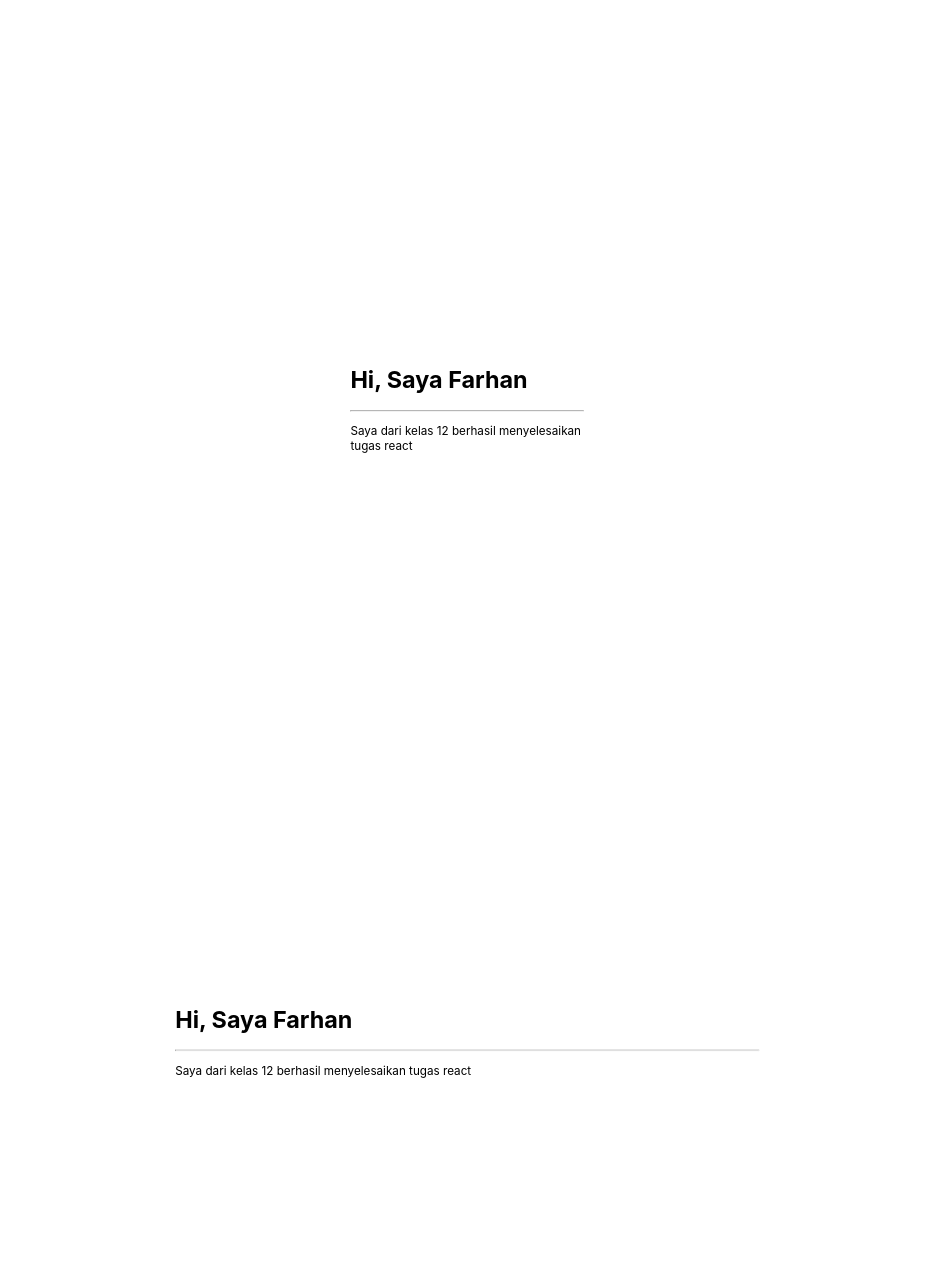
Repository: mfarhannr/Tugas-Reactjs_Farhan
Page: /
These files come from the project's save history. The page is drawn as it stood at one moment and after a run of saves; the edit follows.
The browser window is 1280 px wide. The pictures show the whole page, at 73% of full size.
The project was rebuilt for these pictures with package versions that can differ from the ones it lists, and the page was loaded fresh each time.

Above is the page before, as saved 2024-05-03 15:24:43.

### src/App.js
import './App.css';
import Tugas6 from "./tugas6/tugas6";
// import Welcome from "./WelcomeComponent";
import Tugas7 from './tugas7/tugas7';

function App() {
  return (
    <div className="App">
      <div className="App">
        <Tugas6 />
      </div>
      <div className="App"></div>
      <Tugas7 />
    </div>
  );
}

export default App;

### src/App.css
.App {
  padding: 15rem;
}

.Card6 {
  border: 1px solid #ccc;
  border-radius: 10px;
  padding: 2em;
  margin: 5em auto;
  width: 50%;
}

.Card7 {
  border: 1px solid #ccc;
  border-radius: 10px;
  padding: 2em;
  margin: 5em auto;
  width: 50%;
}

.App-logo {
  height: 40vmin;
  pointer-events: none;
}

@media (prefers-reduced-motion: no-preference) {
  .App-logo {
    animation: App-logo-spin infinite 20s linear;
  }
}

.App-header {
  background-color: #282c34;
  min-height: 100vh;
  display: flex;
  flex-direction: column;
  align-items: center;
  justify-content: center;
  font-size: calc(10px + 2vmin);
  color: white;
}

.App-link {
  color: #61dafb;
}

@keyframes App-logo-spin {
  from {
    transform: rotate(0deg);
  }
  to {
    transform: rotate(360deg);
  }
}

### src/tugas6/tugas6.js
import React from "react";

function Tugas6() {
    return (
      <div className="Card1">
        <h1>Hi, Saya Farhan</h1>
        <hr></hr>
        <p>Saya dari kelas 12 berhasil menyelesaikan tugas react</p>
      </div>
    );
}

export default Tugas6;

### src/tugas7/tugas7.js
import React from "react";

function Tugas7() {
  return (
    <div className="Card1">
      <h1>Hi, Saya Farhan</h1>
      <hr></hr>
      <p>Saya dari kelas 12 berhasil menyelesaikan tugas react</p>
    </div>
  );
}

export default Tugas7;

Loaded but not shown: public/index.html (common file); src/index.js (common file); src/index.css (common file); src/reportWebVitals.js (common file)

After the next 2 saves:
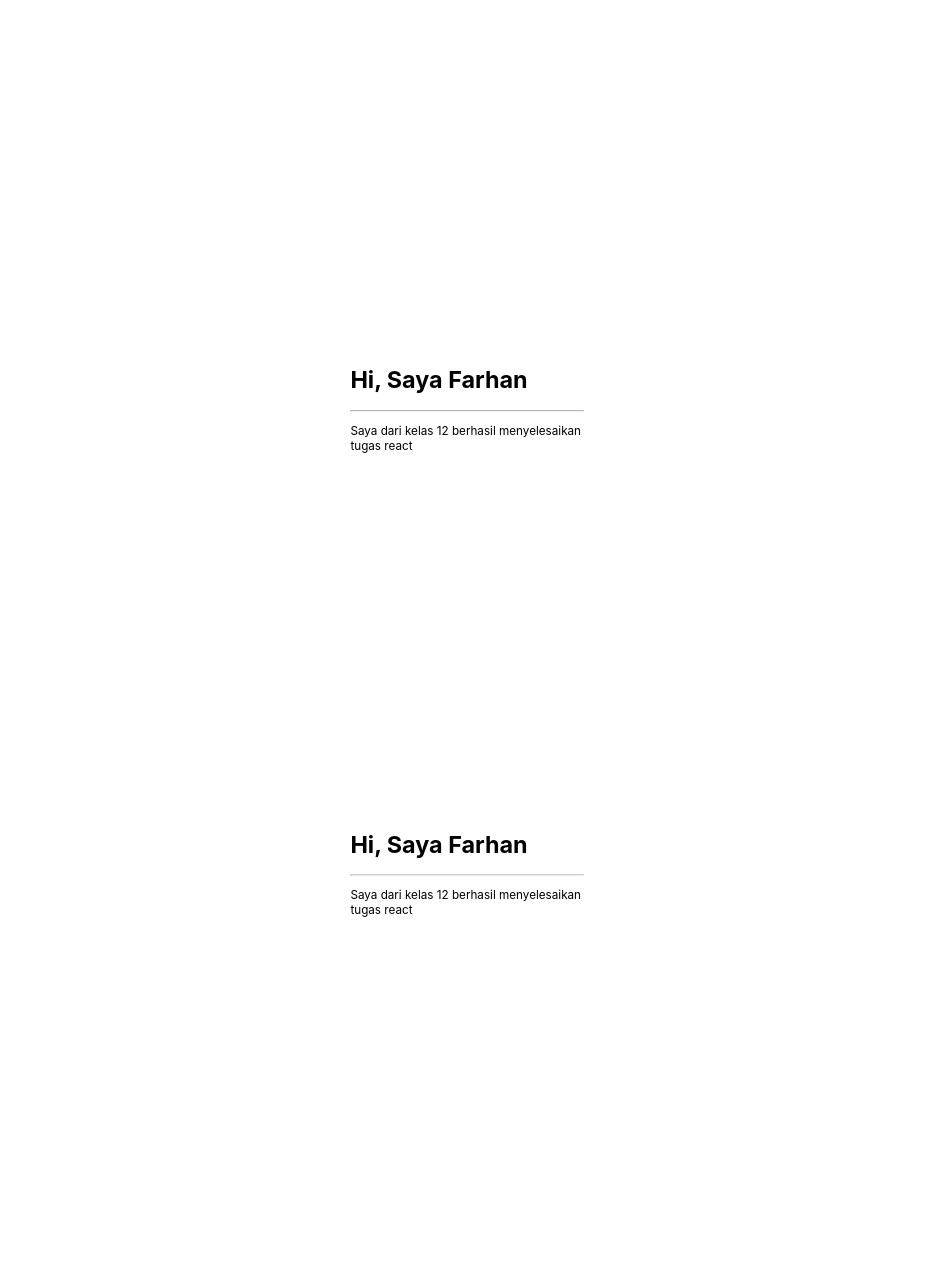
The 2 saves are shown as one change because they came seconds apart.
The last was saved 8 s later.
--- a/src/App.js
+++ b/src/App.js
@@ -9,8 +9,9 @@ function App() {
       <div className="App">
         <Tugas6 />
       </div>
-      <div className="App"></div>
-      <Tugas7 />
+      <div className="App">
+        <Tugas7 />
+      </div>
     </div>
   );
 }
